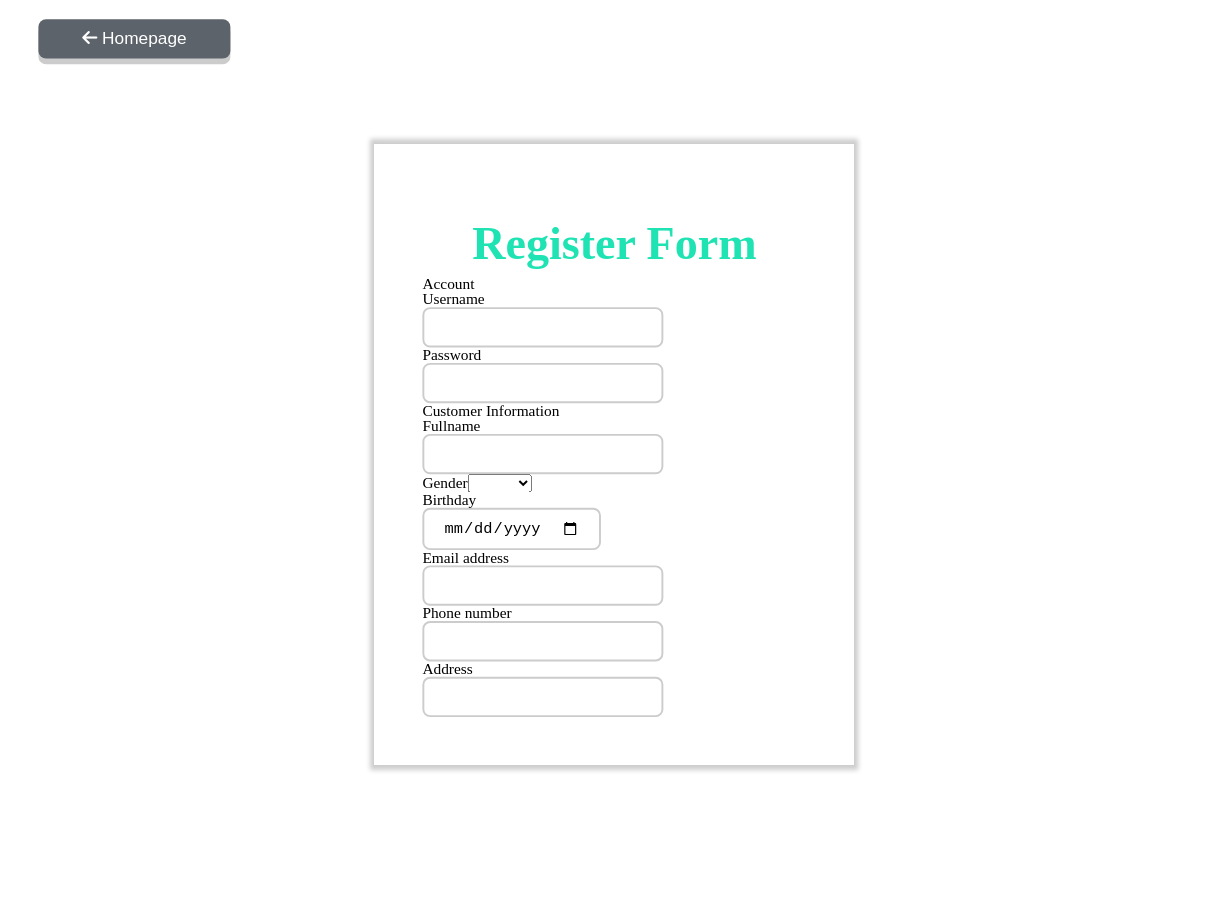
Repository: Trung0810/btl_cnpm_fe
Page: /
These files come from the project's save history. The page is drawn as it stood at one moment and after the next save; the edit follows.
The browser window is 1280 px wide. The pictures show the whole page, at 96% of full size.
The project was rebuilt for these pictures with package versions that can differ from the ones it lists, and the page was loaded fresh each time. Also part of the build but not shown: src/components/header/header.css, src/components/header/Header.js, src/components/footer/Footer.css, src/components/footer/Footer.js, src/components/shoes_list/ShoesCard.css, src/components/shoes_list/ShoesCard.js, src/components/shoes_list/ShoesList.css, src/components/shoes_list/ShoesList.js and 17 more.

Above is the page before, as saved 2026-03-31 13:31:24.

After the next save:
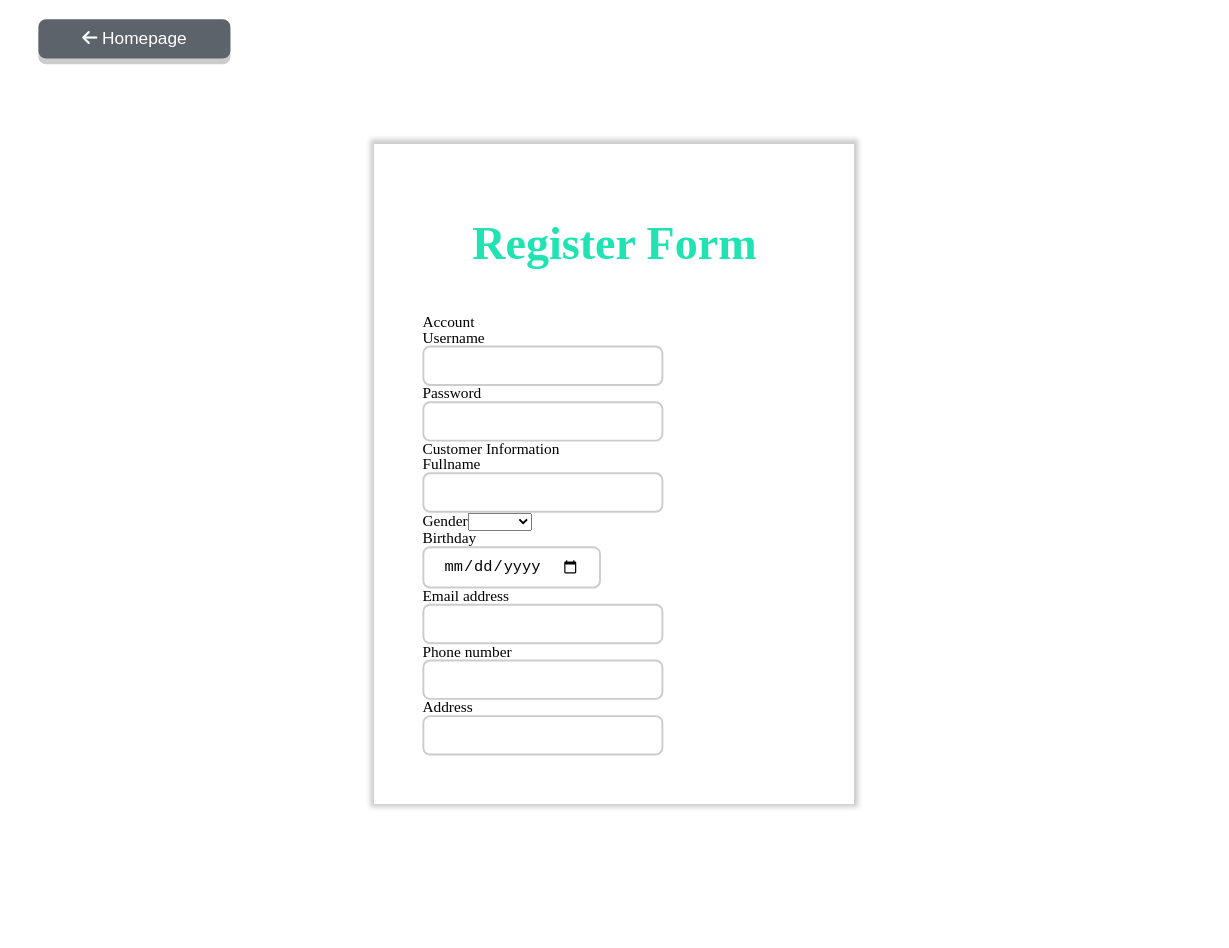
Saved 11 s later.
--- a/src/components/register_form/RegisterForm.css
+++ b/src/components/register_form/RegisterForm.css
@@ -10,5 +10,5 @@
   font-weight: bold;
   color: #20e3b4;
   text-align: center;
-  margin-bottom: 10px;
+  margin-bottom: 50px;
 }
